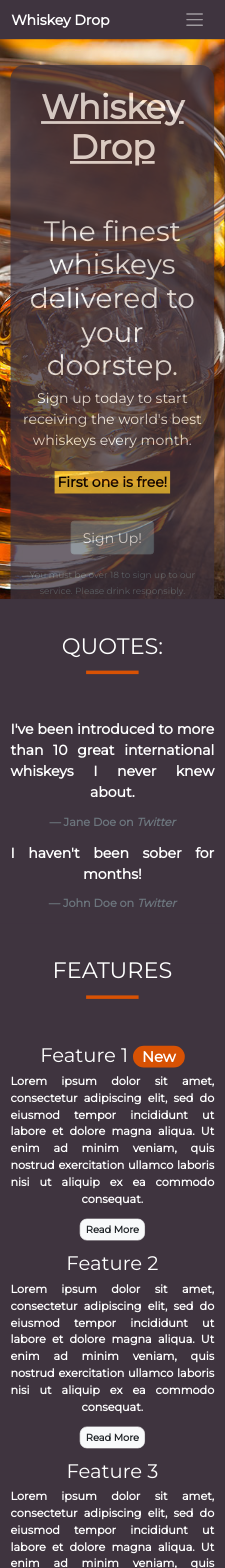
Repository: ClaireRoberts1403/Whiskey-Drop
Page: index.html
The author's editor kept a record of every edit. The page is drawn from the files as they stood at one moment, then again after the next edit.
The browser window is 321 px wide. The pictures show the part of the page from y = 0 to 2240 px (the page is 3140 px tall), at 70% of full size.
Backgrounds fixed to the window are drawn as part of the page. Some web libraries are served in a nearby version.

Above is the page before.

### index.html
<!DOCTYPE html>
<html lang="en-us">

<head>
    <meta charset="utf-8">
    <meta name="viewport" content="width=device-width, initial-scale=1.0">
    <title>Whiskey Drop | Taste a new whiskey every month</title>
    <link rel="stylesheet" href="https://maxcdn.bootstrapcdn.com/bootstrap/4.1.3/css/bootstrap.min.css">
    <script src="https://kit.fontawesome.com/90ed803b97.js" crossorigin="anonymous"></script>
    <link href="https://fonts.googleapis.com/css?family=Montserrat&display=swap" rel="stylesheet">
    <link rel="stylesheet" href="CSS/style.css" type="text/css" />
</head>

<body>
    <!--Nav-->
    <div class="container-fluid navalert-container">
        <div class="container-fluid alert-container">
            <div class="row d-none d-sm-block">
                <div class="col-12">
                    <div class="alert alert-warning">
                        <strong>Sale Now On!</strong>&nbsp&nbsp We have a sale on. Get a 12 month subsciption for the price of 6! &nbsp <a class="a1" href="">See here for details!</a>
                    </div>
                </div>
            </div>
            <nav class="navbar navbar-dark navbar-expand-sm bg-dark">
                <a href="/" class="navbar-brand">Whiskey Drop</a>
                <button class="navbar-toggler ml-auto" type="button" data-toggle="collapse" data-target="#navbarNavDropdown" aria-controls="navbarNavDropdown" aria-expanded="false" aria-label="Toggle navigation">
        <span class="navbar-toggler-icon"></span></button>

                <div class="collapse navbar-collapse" id="navbarNavDropdown">
                    <ul class="navbar-nav mr-auto">
                        <li class="active nav-item mr-2"><a class="nav-link" href="/">Home</a></li>
                        <li class="nav-item mr-2"><a class="nav-link" href="">About</a></li>
                        <li class="nav-item dropdown">
                            <a class="nav-link dropdown-toggle" href="#" id="navbarDropdownMenuLink" role="button" data-toggle="dropdown" aria-haspopup="true" aria-expanded="false">
                        Whiskeys
                        </a>
                            <div class="dropdown-menu" aria-labelledby="navbarDropdownMenuLink">
                                <a class="dropdown-item" href="#">Irish</a>
                                <a class="dropdown-item" href="#">Scotch</a>
                                <a class="dropdown-item" href="#">Japanese</a>
                                <a class="dropdown-item" href="#">American</a>

                        </li>
                        <li class="nav-item mr-2 d-block d-sm-none"><a class="nav-link" href="">Sign In / Sign Up</a></li>
                    </ul>
                    </div>
                    <div class="d-none d-md-none d-lg-block">
                        <p class="navbar-text my-auto mr-2"><i>Great whiskey delivered to your door</i></p>
                        <a class="a" href="/login">Sign In / Sign Up</a>
                    </div>
            </nav>
            <!--</nav>-->

            </div>
            <!-- Callout -->
            <div class="container-fluid callout-container">
                <div class="row">
                    <div class="col-12">
                        <section class="jumbotron text-center">
                            <h1 class="jumbotron-header1">Whiskey Drop<br><br></h1>
                            <h1 class="jumbotron-header">The finest whiskeys delivered to your doorstep.</h1>
                            <p class="lead">Sign up today to start receiving the world's best whiskeys every month.
                                <s class="d-none d-sm-inline">£19.99</s>
                                <span class="d-inline d-sm-none"><br></span>
                                <br><strong><mark>First one is free!</mark></strong></p><br>
                            <p>
                                <button class="btn btn-lg btn-secondary" data-toggle="modal" data-target="#signUpModal">
                        Sign Up!
                        </button>
                            </p>
                            <p class="text-muted"><small>You must be over 18 to sign up to our service. Please drink responsibly.</small>
                            </p>
                        </section>
                    </div>
                </div>
            </div>
            <!-- /.callout -->

            <!-- Quotes -->
            <div class="container quotes-container">
                <section class="quotes">
                    <div class="row">
                        <div class="col-12 my-5">
                            <h2 class="text-uppercase">Quotes:</h2>
                            <hr class="block-divider">
                        </div>
                    </div>
                    <div class="row ">
                        <div class="col-12 col-md-6">
                            <div class="media">
                                <div class="d-none d-sm-block">
                                    <img src="images/girl-image.png" class="rounded-circle mr-3" height=100 width=100>
                                </div>
                                <div class="media-body">
                                    <blockquote class="blockquote">
                                        <p>I've been introduced to more than 10 great international whiskeys I never knew about.</p>
                                        <footer class="blockquote-footer">Jane Doe on <cite title="Twitter">Twitter</cite></footer>
                                    </blockquote>
                                </div>
                            </div>
                        </div>
                        <div class="col-12 col-md-6">
                            <div class="media">
                                <div class="d-none d-sm-block">
                                    <img src="images/guy-image.png" class="rounded-circle mr-3" height=100 width=100>
                                </div>
                                <div class="media-body">
                                    <blockquote class="blockquote">
                                        <p>I haven't been sober for months!</p>
                                        <footer class="blockquote-footer">John Doe on <cite title="Twitter">Twitter</cite></footer>
                                    </blockquote>
                                </div>
                            </div>
                        </div>
                    </div>
                </section>

            </div>
            <!-- /.quotes -->

            <!-- Features -->
            <div class="container features-container">
                <section class="features">
                    <div class="row">
                        <div class="col-12 my-5">
                            <h2 class="text-uppercase">Features</h2>
                            <hr class="block-divider">
                        </div>
                    </div>
                    <div class="row">
                        <div class="col-12 col-md-6 col-lg-4">
                            <div class="feature ">
                                <h3><i class="fas fa-gift d-none d-sm-block"></i>Feature 1&nbsp<span class="badge badge-pill badge-secondary">New</span></h3>
                                <p>Lorem ipsum dolor sit amet, consectetur adipiscing elit, sed do eiusmod tempor incididunt ut labore et dolore magna aliqua. Ut enim ad minim veniam, quis nostrud exercitation ullamco laboris nisi ut aliquip ex ea commodo
                                    consequat.
                                </p>
                                <p><a class="btn btn-sm btn-light " href="#">Read More</a></p>
                            </div>
                        </div>
                        <div class="col-12 col-md-6 col-lg-4 ">
                            <div class="feature">
                                <h3><i class="fas fa-credit-card d-none d-sm-block"></i>Feature 2</h3>
                                <p>Lorem ipsum dolor sit amet, consectetur adipiscing elit, sed do eiusmod tempor incididunt ut labore et dolore magna aliqua. Ut enim ad minim veniam, quis nostrud exercitation ullamco laboris nisi ut aliquip ex ea commodo
                                    consequat.
                                </p>
                                <p><a class="btn btn-sm btn-light" href="#">Read More</a></p>
                            </div>
                        </div>
                        <div class="col-12 d-md-none d-lg-block col-lg-4">
                            <div class="feature">
                                <h3><i class="fas fa-times-circle d-none d-sm-block"></i>Feature 3</h3>
                                <p>Lorem ipsum dolor sit amet, consectetur adipiscing elit, sed do eiusmod tempor incididunt ut labore et dolore magna aliqua. Ut enim ad minim veniam, quis nostrud exercitation ullamco laboris nisi ut aliquip ex ea commodo
                                    consequat.
                                </p>
                                <p><a class="btn btn-sm btn-light" href="#">Read More</a></p>
                            </div>
                        </div>
                    </div>
                </section>
            </div>

            <!-- /Features -->
            <br>
            <!-- Favourites -->
            <div class="container-fluid favourites-container">
                <div class="row">
                    <div class="col-12 my-5">
                        <section>
                            <table class="table table-dark">
                                <thead>
                                    <h3 class="text-uppercase">Top 5 Whiskey's of the Month!</h3>
                                    <br>
                                    <tr>
                                        <th scope="col">Rank</th>
                                        <th scope="col">Name</th>
                                        <th scope="col">Origin</th>
                                    </tr>
                                </thead>
                                <tbody>
                                    <tr>
                                        <th scope="row">1</th>
                                        <td>Hudson Manhattan Rye</td>
                                        <td>America</td>
                                    </tr>
                                    <tr>
                                        <th scope="row">2</th>
                                        <td>Jameson Irish Whiskey</td>
                                        <td>Ireland</td>
                                    </tr>
                                    <tr>
                                        <th scope="row">3</th>
                                        <td>Yamazaki 12 Year Old Whisky</td>
                                        <td>Japan</td>
                                    </tr>
                                    <tr>
                                        <th scope="row">4</th>
                                        <td>Macallan Limited Edition No 3</td>
                                        <td>Scotland</td>
                                    </tr>
                                    <tr>
                                        <th scope="row">5</th>
                                        <td>Lagavulin Distillers Edition Double Matured</td>
                                        <td>Scotland</td>
                                    </tr>
                                </tbody>
                            </table>
                        </section>
                    </div>
                </div>
            </div>
            <!-- /Favourites -->


            <!-- Modal -->
            <div class="modal" tabindex="-1" role="dialog" id="signUpModal">
                <div class="modal-dialog" role="document">
                    <div class="modal-content">
                        <div class="modal-header">
                            <h5 class="modal-title">Sign Up To Whiskey Drop!</h5>
                            <button type="button" class="close" data-dismiss="modal" aria-label="Close">
          <span aria-hidden="true">&times;</span>
        </button>
                        </div>
                        <div class="modal-body">
                            <form>
                                <div class="form-group">
                                    <label for="exampleInputEmail1">Email address</label>
                                    <input type="email" class="form-control" id="exampleInputEmail1" aria-describedby="emailHelp" placeholder="Enter email">
                                    <small id="emailHelp" class="form-text text-muted">We'll never share your email with anyone else.</small>
                                </div>
                                <div class="form-group">
                                    <label for="password">Password</label>
                                    <input type="password" class="form-control" id="password" placeholder="Password">
                                </div>
                                <div class="form-group">
                                    <label for="repeatPassword">Repeat Password</label>
                                    <input type="password" class="form-control" id="repeatPassword" placeholder="Repeat Password">
                                </div>
                                <button type="submit" class="btn btn-secondary">Submit</button>
                            </form>
                        </div>
                    </div>
                </div>
            </div>
            <!-- /Modal -->
</body>
<script src="https://code.jquery.com/jquery-3.3.1.slim.min.js " integrity="sha384-q8i/X+965DzO0rT7abK41JStQIAqVgRVzpbzo5smXKp4YfRvH+8abtTE1Pi6jizo " crossorigin="anonymous "></script>
<script src="https://cdnjs.cloudflare.com/ajax/libs/popper.js/1.14.7/umd/popper.min.js " integrity="sha384-UO2eT0CpHqdSJQ6hJty5KVphtPhzWj9WO1clHTMGa3JDZwrnQq4sF86dIHNDz0W1 " crossorigin="anonymous "></script>
<script src="https://stackpath.bootstrapcdn.com/bootstrap/4.3.1/js/bootstrap.min.js " integrity="sha384-JjSmVgyd0p3pXB1rRibZUAYoIIy6OrQ6VrjIEaFf/nJGzIxFDsf4x0xIM+B07jRM " crossorigin="anonymous "></script>

</html>

### CSS/style.css
body {
    font-family: 'Montserrat', sans-serif;
    background-color: #3F343F;
    margin-top: 2em;
}

/* Nav */

.navbar {
    background-color: #3F343F!important;
}

.a {
    color: #D85204;
    text-decoration: none;
    background-color: transparent;
    font-weight: bold;
}

.a1 {
    color: #A53131;
    text-decoration: none;
    background-color: transparent;
    font-weight: bold;
}

.a1:hover {
    color: #D85204;
}

.a:hover {
    color: #F24C26;
}

.navbar-brand {
    font-weight: bold;
}

.navalert-container {
    position: absolute;
    top: 0;
    left: 0;
    z-index: 1;
    padding-left: 0;
    padding-right: 0;
}

.navbar {
    margin-bottom: 0;
    width: 100%;
    background-color: #3F343F;
    border: 0;
}

.navbar .navbar-toggler {
    border: 0;
}

.navbar .navbar-brand {
    font-weight: bold;
}

.navbar .navbar-nav a {
    font-weight: bold;
}

.dropdown-item {
    color: #3F343F;
}

.dropdown-item:hover {
    background-color: #D6C9C1;
}


/* Containers */

.alert-container {
    padding: 0;
}

.alert-warning {
    border-radius: 0;
    margin-bottom: 0;
    padding: 5px 15px;
    background-color: #F2892E;
    border-color: #F2892E;
    color: white;
    font-weight: bold;
    word-spacing: 0.05em;
}

.callout-container {
    height: 100vh;
    background: url('../images/bourbon-on-the-rocks.jpg') no-repeat center center fixed;
    -webkit-background-size: cover;
    -moz-background-size: cover;
    -o-background-size: cover;
    background-size: cover;

    display: flex;
    align-items: center;
    justify-content: center;

    position: relative;
}


.callout-container .mark, mark {
    background-color: #ffce3b;
    font-weight: bold;
}


.quotes-container {
    background-color: #3F343F;
    color: white;
    font-weight: bold;
    background-size: cover;
    display: flex;
    align-items: center;
    justify-content: center;
    text-align-last: center;
    text-align: justify;
    position: relative;

}

.features-container {
    color: white;
    font-weight: bold;
    text-align-last: center;
    text-align: justify;
}


/* Features*/

.features .btn {
    border-radius: 10px;
    font-weight: bold;
}

.feature i {
    margin-bottom: 20px;
    font-size: 45px;
    line-height: 45px;
}

.badge-secondary {
    background-color: #D85204;
}

/* Block dividers */

.block-divider {
    width: 75px;
    height: 5px;
    border: 0;
    background-color: #D85204;
}



/* Favourites */

.favourites-container {
    margin-top: 30px;
    display: flex;
    align-items: center;
    justify-content: center;
    height: 80vh;
    color: white;
    background: url('../images/whisky-glass.jpg') no-repeat center center fixed;
    -webkit-background-size: cover;
    -moz-background-size: cover;
    -o-background-size: cover;
    background-size: cover;

}

.table-dark {
    background-color: #3F343F;
    opacity: 0.8;
    border-radius: 20px;
    border-color: transparent;
    border: hidden;
}

/* Jumbotron */

.jumbotron {
    background-color: #3F343F;
    opacity: 0.75;
    margin-top: 1em;
    border-radius: 20px;
    color: white;
}

@media (max-width:430px) {
    .jumbotron {
        margin-top: 10%;
    }
}

@media (max-width:417px){
    .jumbotron {
        margin-top: 30%;
    }
}

@media (max-width:321px){
    .jumbotron {
        margin-top: 40%;
    }
}

.jumbotron text-center jumbotron-header {
    color: white;
    font-weight: bold;
    margin-bottom: 30px;
}

.jumbotron-header1 {
    color: white;
    font-weight: bolder;
    text-shadow: 2px 2px 2px #3F343F;
    font-size: 3em;
    text-decoration: underline;
}

@media (min-width:760px) {

    .jumbotron:hover {
        font-size: 1.5em;
        transition-duration: 2s;
        transition-timing-function: ease-in-out;
        opacity: 0.85;
    }

}

After the next edit:
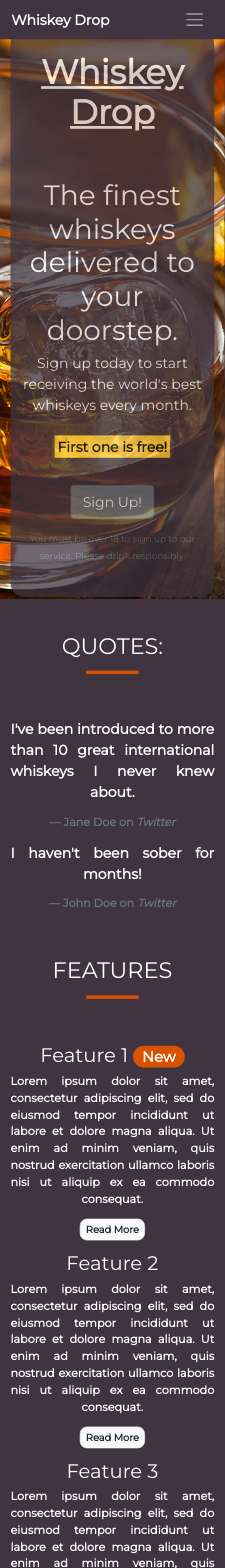
The edit:
--- a/CSS/style.css
+++ b/CSS/style.css
@@ -197,23 +197,6 @@
     color: white;
 }
 
-@media (max-width:430px) {
-    .jumbotron {
-        margin-top: 10%;
-    }
-}
-
-@media (max-width:417px){
-    .jumbotron {
-        margin-top: 30%;
-    }
-}
-
-@media (max-width:321px){
-    .jumbotron {
-        margin-top: 40%;
-    }
-}
 
 .jumbotron text-center jumbotron-header {
     color: white;
